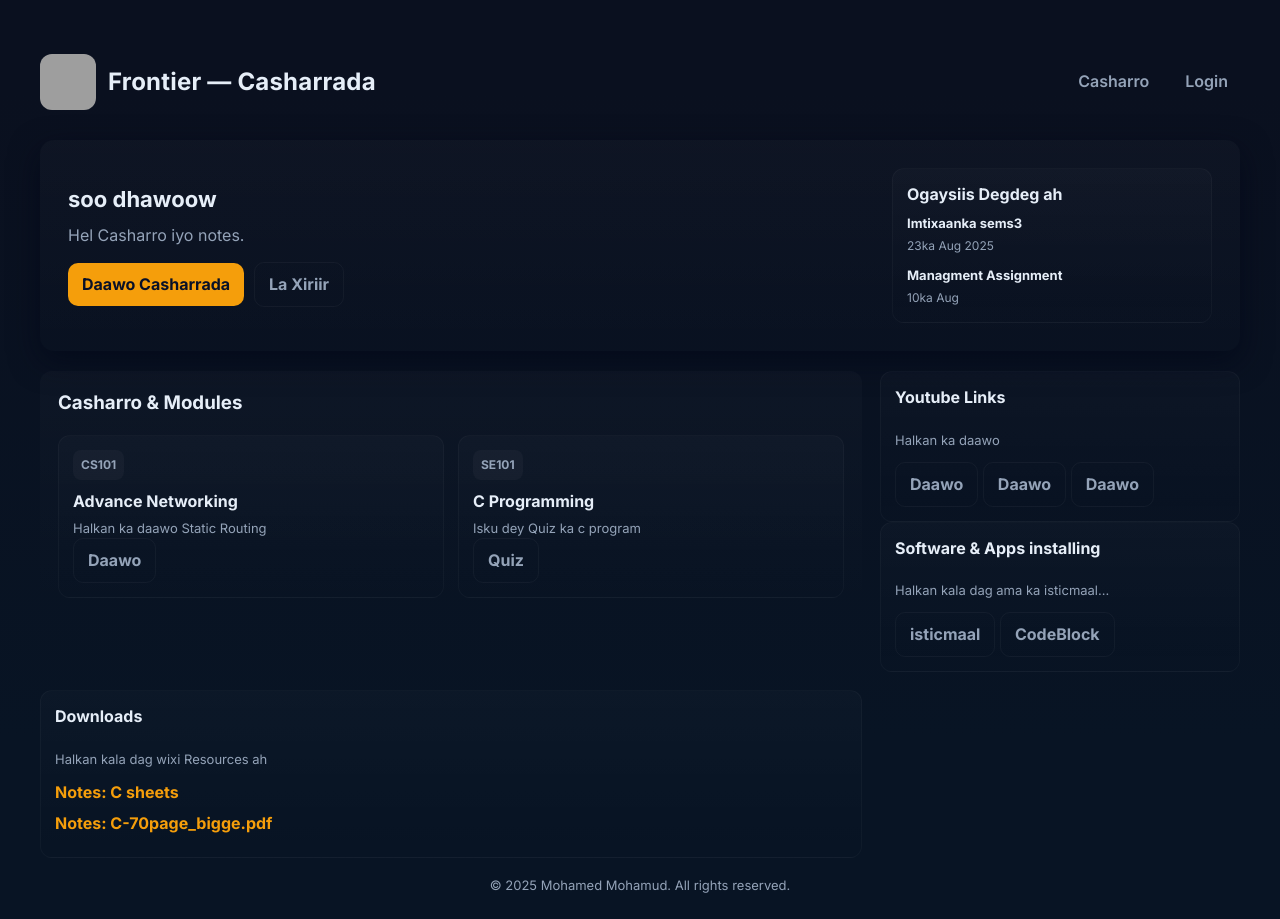
Repository: mrfiiqane/Al-Tacaawun.com
Page: index.html
These files come from the project's save history. The page is drawn as it stood at one moment and after the next save; the edit follows.
The browser window is 1280 px wide. The pictures show the whole page.
Pictures or frames that could not be fetched are drawn as grey boxes.

Above is the page before, as saved 2025-08-12 08:58:51.

After the next save:
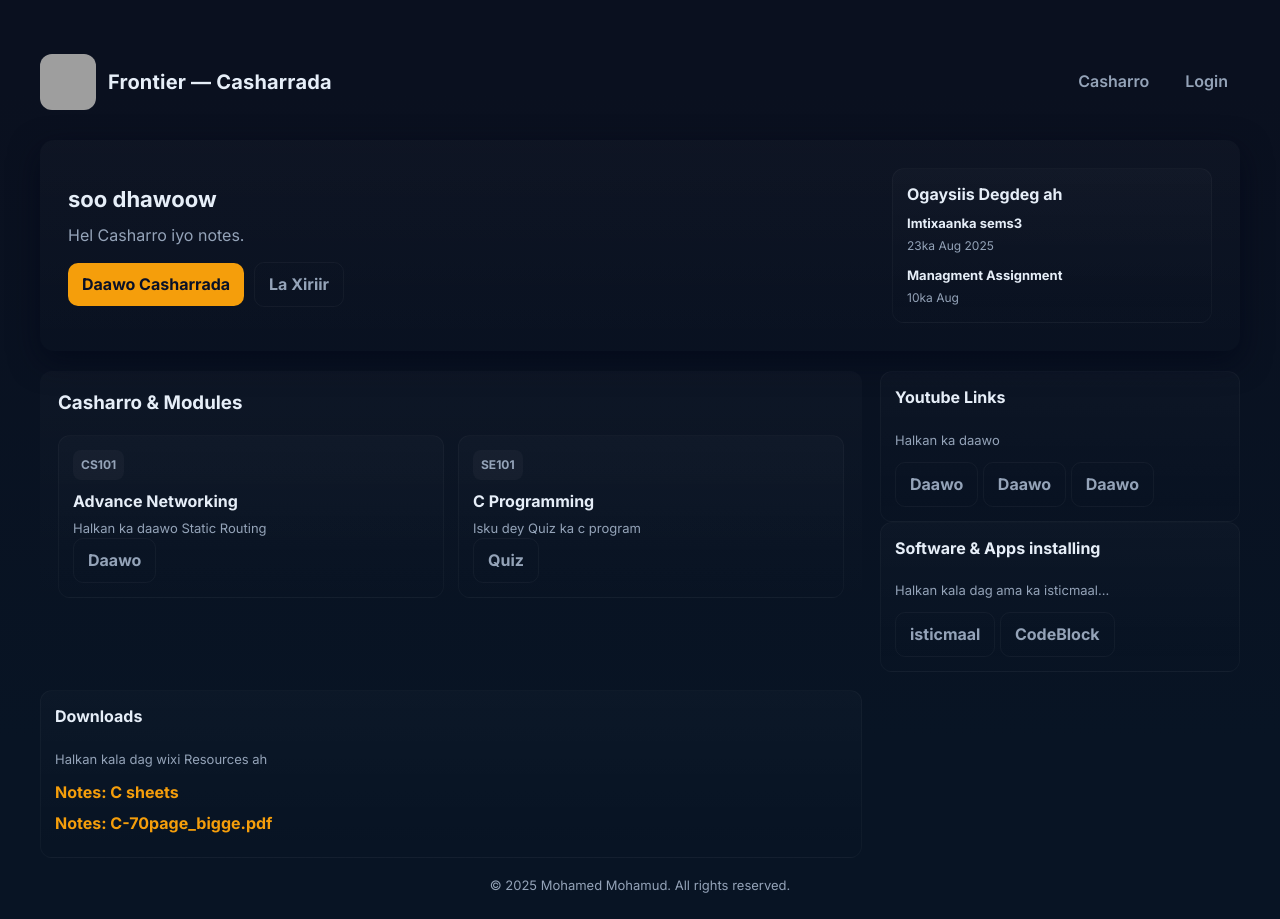
Saved 12 s later.
--- a/style.css
+++ b/style.css
@@ -59,7 +59,7 @@
     }
     h1.site-title{
       margin:0;
-      font-size:24px;
+      font-size:20px;
       letter-spacing:0.2px;
     }
     p.site-sub{ margin:0; color:var(--muted); font-size:13px }
